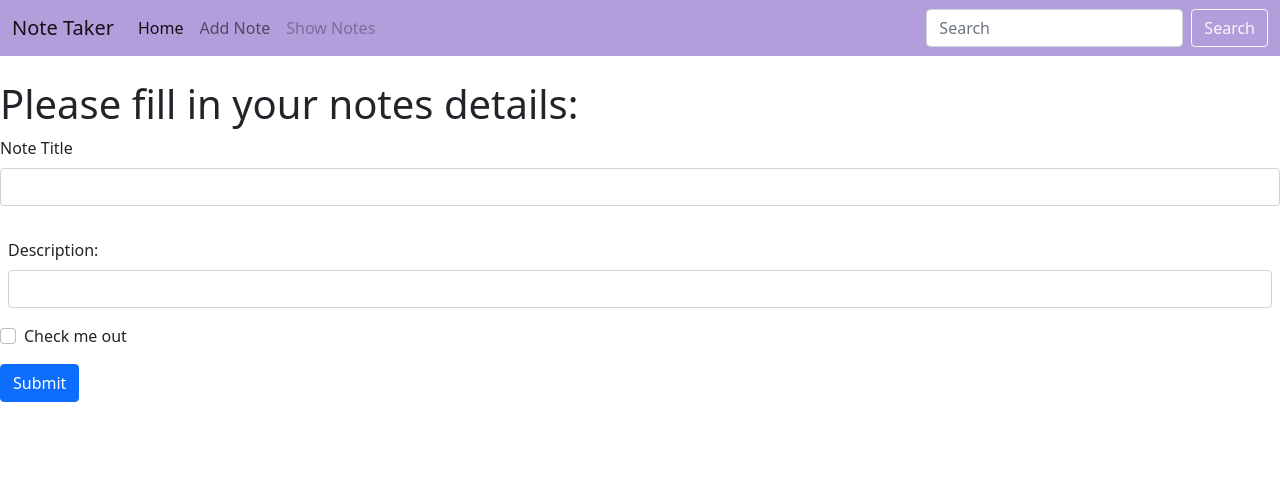
Repository: Tanmoy4672/Hibernate
Page: http://localhost/NoteTaker/add_notes.jsp
The author's editor kept a copy of each file at every save. The page is drawn from the files as they stood at one save, then again after the next save.
The browser window is 1280 px wide. The pictures show the whole page.
The page is served by Tomcat 9. Other server files are loaded and not shown.

Above is the page before, as saved 2021-12-16 06:15:00.

### NoteTaker/src/main/webapp/add_notes.jsp
<%@ page language="java" contentType="text/html; charset=ISO-8859-1"
	pageEncoding="ISO-8859-1"%>
<!DOCTYPE html>
<html>
<head>
<meta charset="ISO-8859-1">
<title>Add notes</title>
<%@include file="All_js_css.jsp"%>

</head>
<body>
	<div class="container-fluid p-0 m-0">
		<%@include file="Navbar.jsp"%>
	</div>

<br>
<h1>Please fill in your notes details:</h1>
	<!-- This is add notes form -->
	<form action="SaveNoteServlet" method="POST">
		<div class="mb-6">
			<label for="exampleInputEmail1" class="form-label">Note Title</label>
			 <input type="text" class="form-control"
				id="exampleInputEmail1" aria-describedby="emailHelp">
			<br>
		</div>
		<div class="mb-3 m-2">
			<label for="exampleInputPassword1" class="form-label">Description:</label>
			<input type="text" class="form-control"
				id="exampleInputPassword1">
		</div>
		<div class="mb-3 form-check">
			<input type="checkbox" class="form-check-input" id="exampleCheck1">
			<label class="form-check-label" for="exampleCheck1">Check me
				out</label>
		</div>
		<button type="submit" class="btn btn-primary">Submit</button>
	</form>




</body>
</html>

### NoteTaker/src/main/webapp/All_js_css.jsp
<!-- Bootstrap CSS -->
    <link href="https://cdn.jsdelivr.net/npm/bootstrap@5.0.2/dist/css/bootstrap.min.css" rel="stylesheet" integrity="sha384-EVSTQN3/azprG1Anm3QDgpJLIm9Nao0Yz1ztcQTwFspd3yD65VohhpuuCOmLASjC" crossorigin="anonymous">
    <link href="CSS/style.css" rel="stylesheet"/>

 <!-- Optional JavaScript; choose one of the two! -->

    <!-- Option 1: Bootstrap Bundle with Popper -->
    <script src="https://cdn.jsdelivr.net/npm/bootstrap@5.0.2/dist/js/bootstrap.bundle.min.js" integrity="sha384-MrcW6ZMFYlzcLA8Nl+NtUVF0sA7MsXsP1UyJoMp4YLEuNSfAP+JcXn/tWtIaxVXM" crossorigin="anonymous"></script>

    <!-- Option 2: Separate Popper and Bootstrap JS -->

    <script src="https://cdn.jsdelivr.net/npm/@popperjs/core@2.9.2/dist/umd/popper.min.js" integrity="sha384-IQsoLXl5PILFhosVNubq5LC7Qb9DXgDA9i+tQ8Zj3iwWAwPtgFTxbJ8NT4GN1R8p" crossorigin="anonymous"></script>
    <script src="https://cdn.jsdelivr.net/npm/bootstrap@5.0.2/dist/js/bootstrap.min.js" integrity="sha384-cVKIPhGWiC2Al4u+LWgxfKTRIcfu0JTxR+EQDz/bgldoEyl4H0zUF0QKbrJ0EcQF" crossorigin="anonymous"></script>

### NoteTaker/src/main/webapp/Navbar.jsp
<nav class="navbar navbar-expand-lg navbar-light purple">
	<div class="container-fluid">
		<a class="navbar-brand" href="index.jsp">Note Taker</a>
		<button class="navbar-toggler" type="button" data-bs-toggle="collapse"
			data-bs-target="#navbarSupportedContent"
			aria-controls="navbarSupportedContent" aria-expanded="false"
			aria-label="Toggle navigation">
			<span class="navbar-toggler-icon"></span>
		</button>
		<div class="collapse navbar-collapse" id="navbarSupportedContent">
			<ul class="navbar-nav me-auto mb-2 mb-lg-0">
				<li class="nav-item"><a class="nav-link active"
					aria-current="page" href="index.jsp">Home</a></li>
				<li class="nav-item"><a class="nav-link" href="add_notes.jsp">Add Note</a></li>

				<li class="nav-item"><a class="nav-link disabled" href="#"
					tabindex="-1" aria-disabled="true">Show Notes</a></li>
			</ul>
			<form class="d-flex">
				<input class="form-control me-2" type="search" placeholder="Search"
					aria-label="Search">
				<button class="btn btn-outline-light" type="submit">Search</button>
			</form>
		</div>
	</div>
</nav>

### NoteTaker/src/main/webapp/CSS/style.css
.purple{
	background: #b39ddb;
}

After the next save:
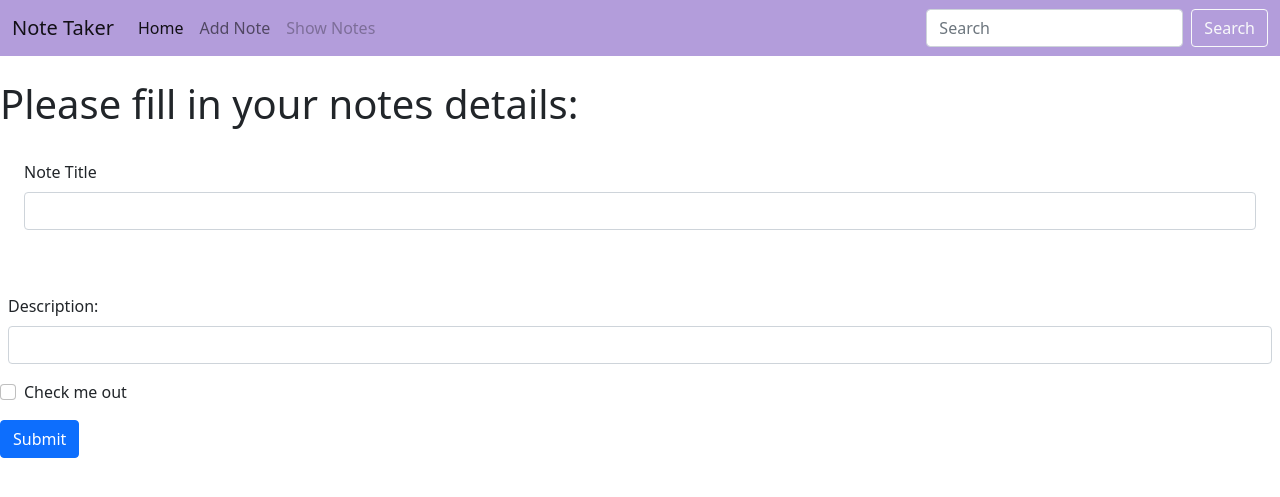
Saved 26 s later.
--- a/NoteTaker/src/main/webapp/add_notes.jsp
+++ b/NoteTaker/src/main/webapp/add_notes.jsp
@@ -17,7 +17,7 @@
 <h1>Please fill in your notes details:</h1>
 	<!-- This is add notes form -->
 	<form action="SaveNoteServlet" method="POST">
-		<div class="mb-6">
+		<div class="mb-3 p-4">
 			<label for="exampleInputEmail1" class="form-label">Note Title</label>
 			 <input type="text" class="form-control"
 				id="exampleInputEmail1" aria-describedby="emailHelp">
